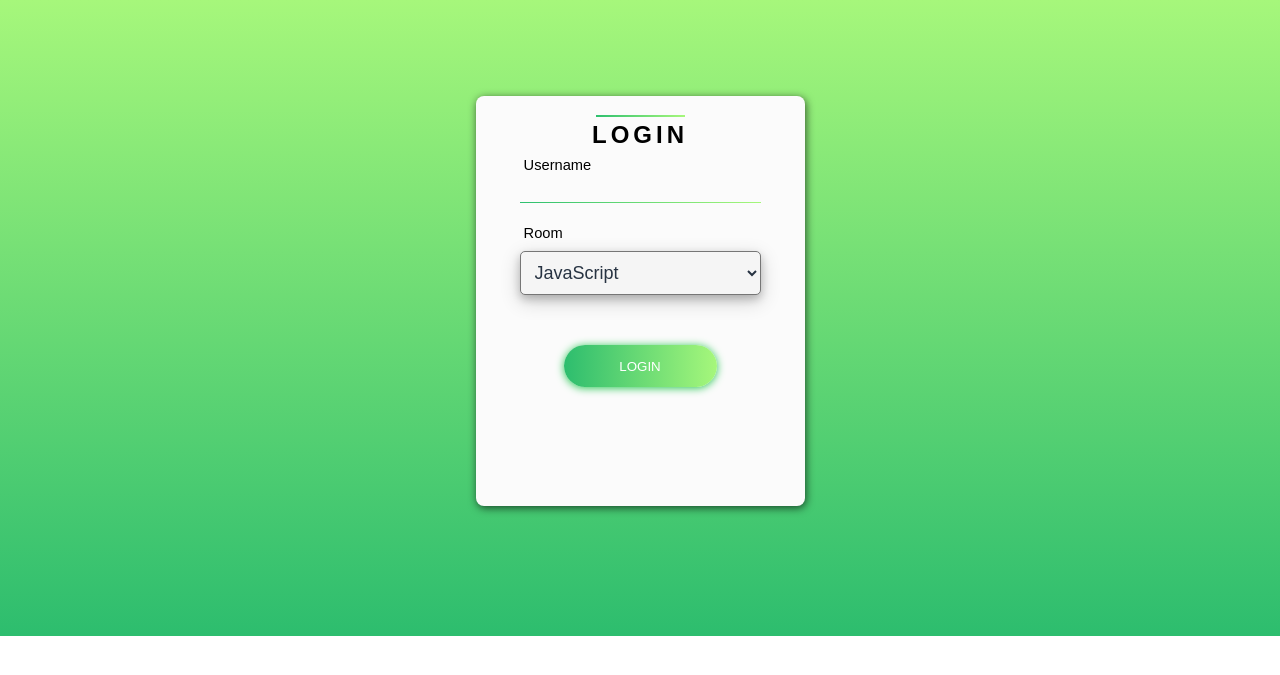
Repository: satyam12116/chat
Page: public/index.html
These files come from the project's save history. The page is drawn as it stood at one moment and after the next save; the edit follows.
The browser window is 1280 px wide. The pictures show the whole page.
Some web libraries are served in a nearby version.

Above is the page before, as saved 2023-03-26 11:24:40.

After the next save:
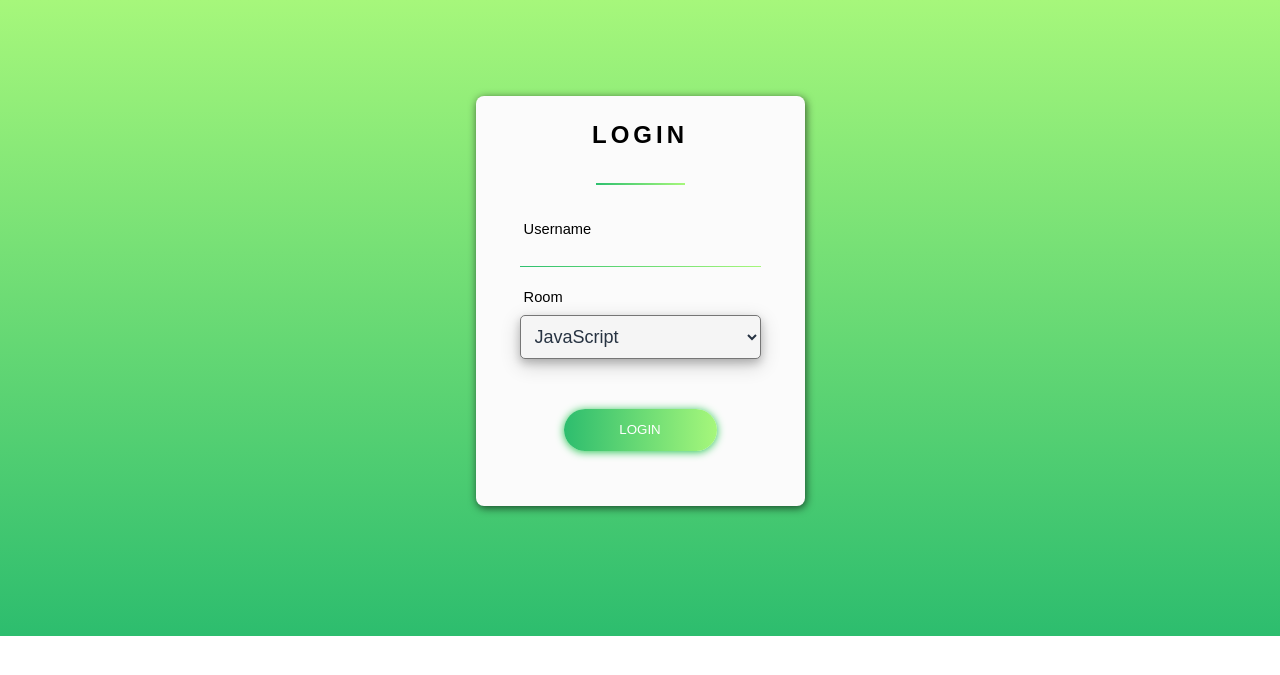
Saved 29 s later.
--- a/public/css/style.css
+++ b/public/css/style.css
@@ -330,7 +330,7 @@ a {
   .underline-title {
 	background: -webkit-linear-gradient(right, #a6f77b, #2ec06f);
 	height: 2px;
-	margin: -2.1rem auto 0 auto;
+	margin: 2.1rem auto 0 auto;
 	width: 89px;
   }
   #my{
